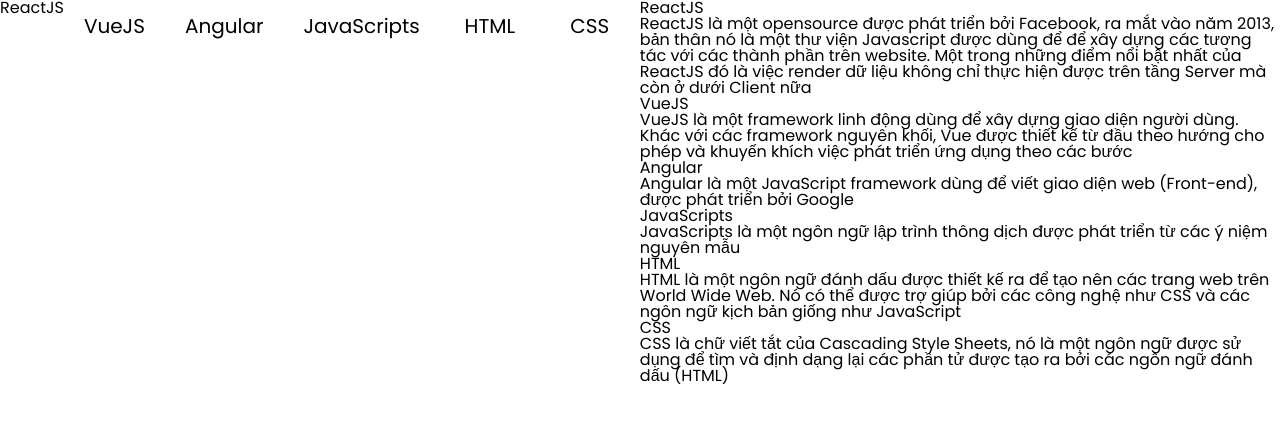
Repository: HoangLong0210/TabsUI
Page: index.html
The author's editor kept a copy of each file at every save. The page is drawn from the files as they stood at one save, then again after the next save.
The browser window is 1280 px wide. The pictures show the whole page.

Above is the page before, as saved 2022-05-16 11:16:27.

### index.html
<!DOCTYPE html>
<html lang="en">
<head>
    <meta charset="UTF-8">
    <meta http-equiv="X-UA-Compatible" content="IE=edge">
    <meta name="viewport" content="width=device-width, initial-scale=1.0">
    <title>Tabs UI</title>
    <link rel="stylesheet" href="./reset.css" />
    <link rel="stylesheet" href="./style.css" />
    <link rel="preconnect" href="https://fonts.googleapis.com" />
    <link rel="preconnect" href="https://fonts.gstatic.com" crossorigin />
    <link
      href="https://fonts.googleapis.com/css2?family=Poppins:ital,wght@0,300;0,400;1,700&display=swap"
      rel="stylesheet"
    />
</head>
<body>
    <!-- tabs item -->
    <div class="tabs">
        <div class="tab__item__active">
            <i class="fab fa-react">ReactJS</i>
        </div>
        <div class="tab__item">
            <i class="fab fa-vuejs">VueJS</i>
        </div>
        <div class="tab__item">
            <i class="fab fa-angular">Angular</i>
        </div>
        <div class="tab__item">
            <i class="fab fa-js">JavaScripts</i>
        </div>
        <div class="tab__item">
            <i class="fab fa-html5">HTML</i>
        </div>
        <div class="tab__item">
            <i class="fab fa-css3">CSS</i>
        </div>
        <div class="line"></div>
    </div>


    <!-- tabs content -->
    <div class="content">
        <div class="content__description__active">
            <h2>ReactJS</h2>
            <p>ReactJS là một opensource được phát triển bởi Facebook, ra mắt vào năm 2013, bản thân nó là một thư viện Javascript được dùng để để xây dựng các tương tác với các thành phần trên website. Một trong những điểm nổi bật nhất của ReactJS đó là việc render dữ liệu không chỉ thực hiện được trên tầng Server mà còn ở dưới Client nữa</p>
        </div>
        <div class="content__description">
            <h2>VueJS</h2>
            <p>VueJS là một framework linh động dùng để xây dựng giao diện người dùng. Khác với các framework nguyên khối, Vue được thiết kế từ đầu theo hướng cho phép và khuyến khích việc phát triển ứng dụng theo các bước</p>
        </div>
        <div class="content__description">
            <h2>Angular</h2>
            <p>Angular là một JavaScript framework dùng để viết giao diện web (Front-end), được phát triển bởi Google</p>
        </div>
        <div class="content__description">
            <h2>JavaScripts</h2>
            <p>JavaScripts là một ngôn ngữ lập trình thông dịch được phát triển từ các ý niệm nguyên mẫu</p>
        </div>
        <div class="content__description">
            <h2>HTML</h2>
            <p>HTML là một ngôn ngữ đánh dấu được thiết kế ra để tạo nên các trang web trên World Wide Web. Nó có thể được trợ giúp bởi các công nghệ như CSS và các ngôn ngữ kịch bản giống như JavaScript</p>
        </div>
        <div class="content__description">
            <h2>CSS</h2>
            <p>CSS là chữ viết tắt của Cascading Style Sheets, nó là một ngôn ngữ được sử dụng để tìm và định dạng lại các phần tử được tạo ra bởi các ngôn ngữ đánh dấu (HTML)</p>
        </div>
    </div>
</body>
</html>

### style.css
* {
    padding: 0;
    margin: 0;
    box-sizing: border-box;
  }

html {
    font-size: 62.5%;
}

body {
    display: flex;
    font-family: 'Poppins', sans-serif;
    font-size: 1.6rem;
}

.tabs {
    display: flex;
    position: relative;
}

.tabs .line {
    position: absolute;
    left: 0;
    bottom: 0;
    width: 0;
    height: 6px;
    border-radius: 1.5rem;
    background-color: #c23564;
    transition: all 0.2s ease;
}

.tab__item {
    min-width: 10rem;
    padding: 16px 20px 10px 20px;
    font-size: 2rem;
    text-align: center;
}

Loaded but not shown: reset.css (common file)

After the next save:
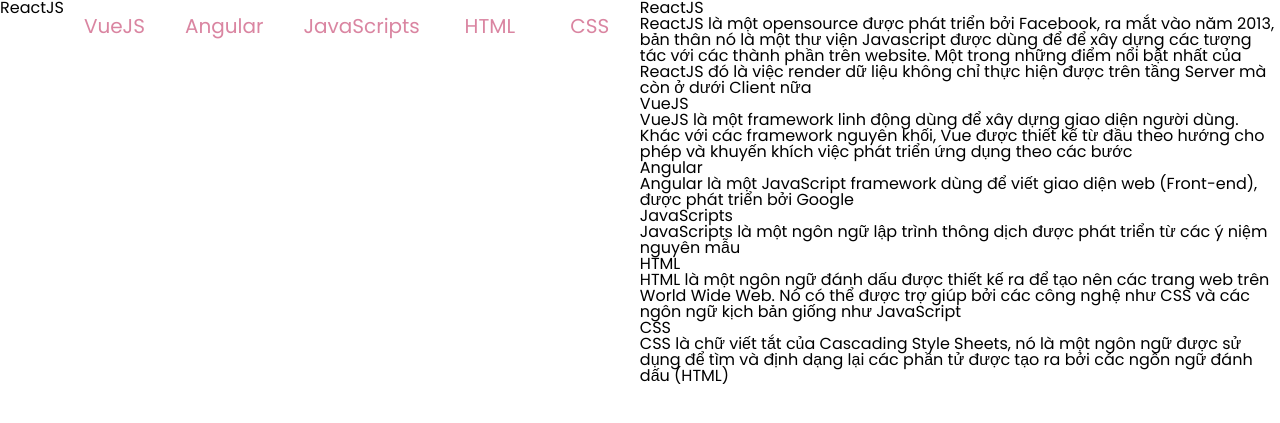
Saved 45 s later.
--- a/style.css
+++ b/style.css
@@ -35,4 +35,12 @@
     padding: 16px 20px 10px 20px;
     font-size: 2rem;
     text-align: center;
+    color: #c23564;
+  background-color: #fff;
+  border-top-left-radius: 5px;
+  border-top-right-radius: 5px;
+  border-bottom: 5px solid transparent;
+  opacity: 0.6;
+  cursor: pointer;
+  transition: all 0.5s ease;
 }
